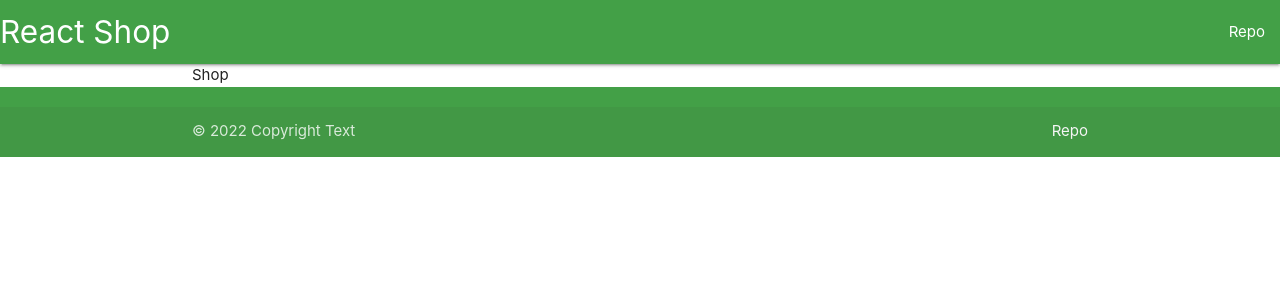
Repository: max535/react-shop-project
Page: /
An editor plug-in stored every save of this project. The page is shown before and after the next save, followed by the edit.
The browser window is 1280 px wide. The pictures show the whole page.
The project was rebuilt for these pictures with package versions that can differ from the ones it lists, and the page was loaded fresh each time.

Above is the page before, as saved 2022-07-01 23:46:02.

### public/index.html
<!DOCTYPE html>
<html lang="ru">

<head>
    <meta charset="utf-8" />
    <meta
        name="viewport"
        content="width=device-width, initial-scale=1"
    />
    <link
        rel="stylesheet"
        href="https://cdnjs.cloudflare.com/ajax/libs/materialize/1.0.0/css/materialize.min.css"
    >
    <link
        href="https://fonts.googleapis.com/icon?family=Material+Icons"
        rel="stylesheet"
    >
    <title>React Shop</title>
</head>

<body>
    <noscript>You need to enable JavaScript to run this app.</noscript>
    <div id="root"></div>
</body>

</html>

### src/index.js
import React from 'react';
import ReactDOM from 'react-dom/client';
import { App } from './App';

const root = ReactDOM.createRoot(document.getElementById('root'));
root.render(<App />);

### src/App.jsx
import { Footer } from "./components/Footer";
import { Header } from "./components/Header";
import { Shop } from "./components/Shop";

export function App() {
    return (
        <>
            <Header />
            <Shop />
            <Footer />
        </>
    );
}

### src/components/Footer.jsx
export function Footer() {
    return (
        <footer className="page-footer green darken-1">
            <div className="footer-copyright">
                <div className="container">
                    &copy; {new Date().getFullYear()} Copyright Text
                    <a
                        className="grey-text text-lighten-4 right"
                        href="https://github.com/max535/react-movies"
                        target="_blank"
                        rel="noopener noreferrer"
                    >
                        Repo
                    </a>
                </div>
            </div>
        </footer>
    );
}

### src/components/Header.jsx
export function Header() {
    return (
        <nav className="green darken-1">
            <div className="nav-wrapper">
                <a href="#" className="brand-logo">React Shop</a>
                <ul id="nav-mobile" className="right hide-on-med-anddown">
                    <li><a href="#">Repo</a></li>
                </ul>
            </div>
        </nav>
    );
}

### src/components/Shop.jsx
export function Shop() {
    return (
        <main className="container content">
            Shop
        </main>
    );
}

After the next save:
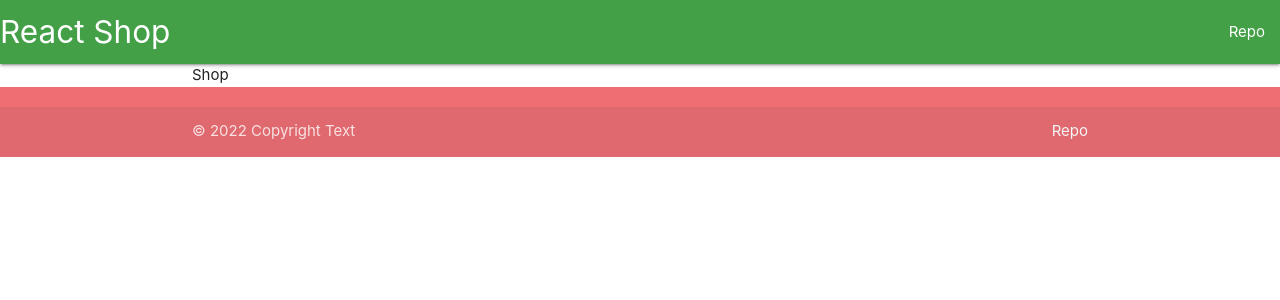
Saved 27 s later.
--- a/src/components/Footer.jsx
+++ b/src/components/Footer.jsx
@@ -1,6 +1,6 @@
 export function Footer() {
     return (
-        <footer className="page-footer green darken-1">
+        <footer className="page-footer">
             <div className="footer-copyright">
                 <div className="container">
                     &copy; {new Date().getFullYear()} Copyright Text

After the save that followed:
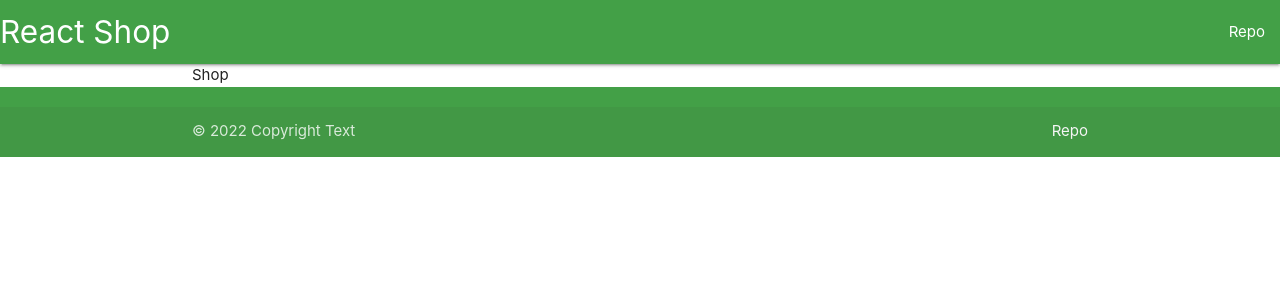
Saved 4 s later.
--- a/src/components/Footer.jsx
+++ b/src/components/Footer.jsx
@@ -1,6 +1,6 @@
 export function Footer() {
     return (
-        <footer className="page-footer">
+        <footer className="page-footer green darken-1">
             <div className="footer-copyright">
                 <div className="container">
                     &copy; {new Date().getFullYear()} Copyright Text
